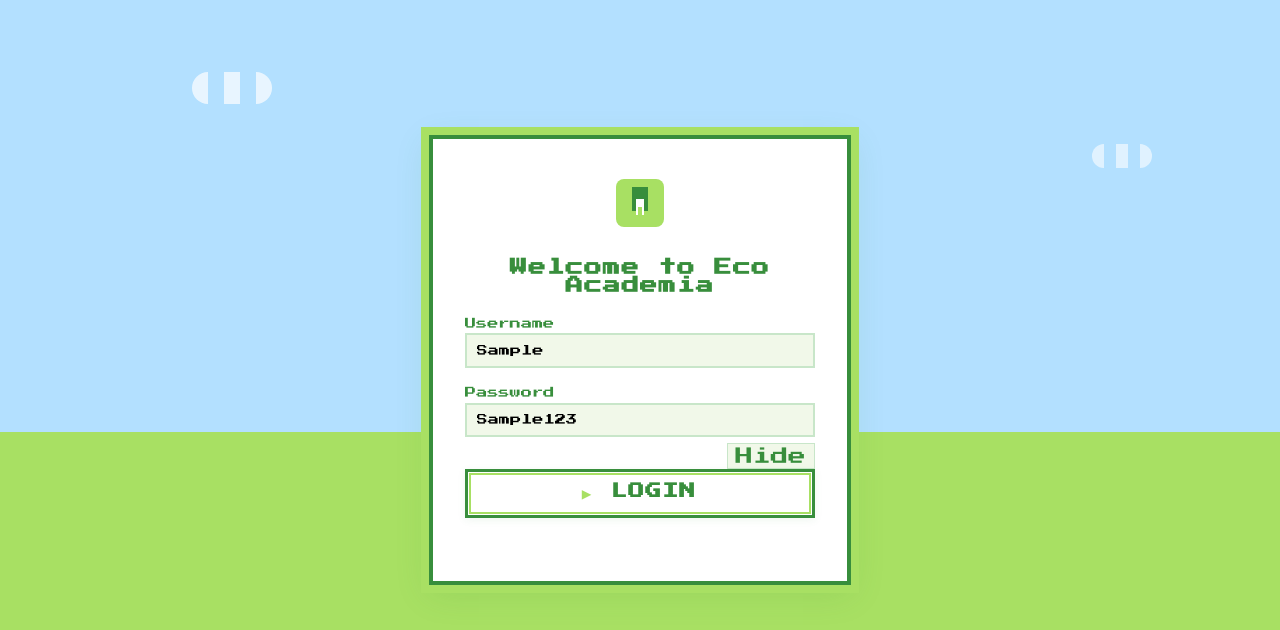
Repository: hotaruhshs/eco-academia
Page: login/index.html
An editor plug-in stored every save of this project. The page is shown before and after the next save, followed by the edit.
The browser window is 1280 px wide. The pictures show the whole page.
Empty fields were first filled with sample values (such as "Sample", 5 or name@example.com).
After loading, the first visible `#togglePassword` was clicked once.

Above is the page before, as saved 2025-07-06 01:23:02.

After the next save:
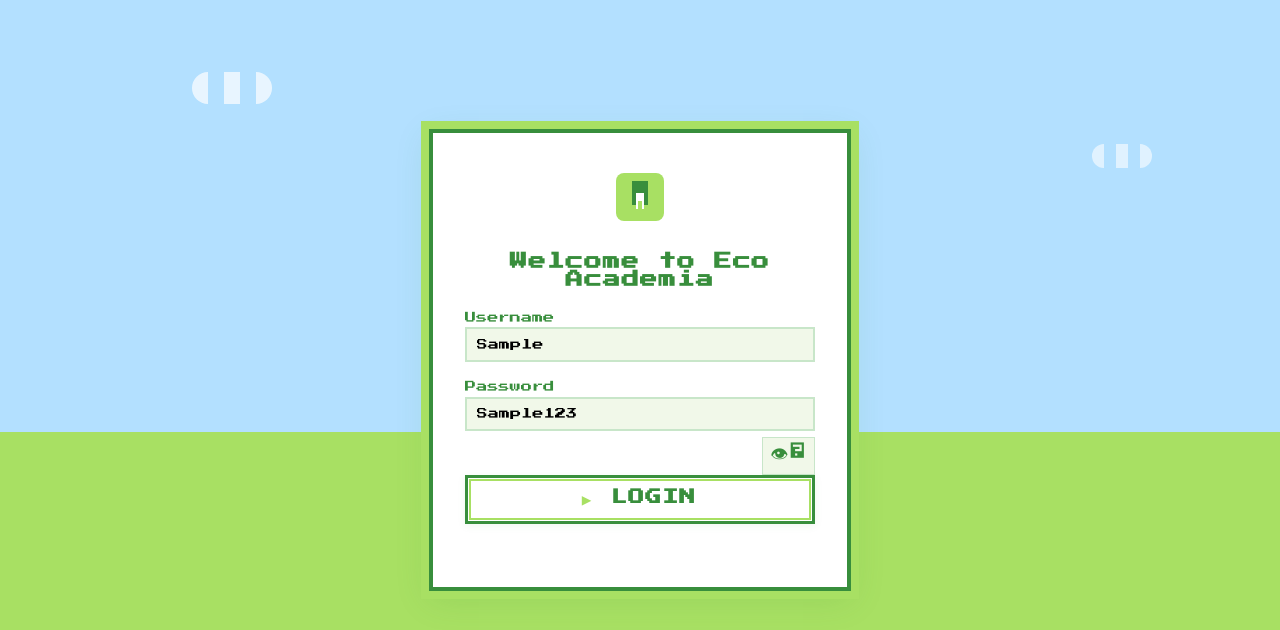
Saved 7 s later.
--- a/login/js/login.js
+++ b/login/js/login.js
@@ -5,15 +5,16 @@
 // Show/hide password functionality
 const passwordInput = document.getElementById('password');
 const togglePasswordBtn = document.getElementById('togglePassword');
-if (togglePasswordBtn && passwordInput) {
+const eyeIcon = document.getElementById('eyeIcon');
+if (togglePasswordBtn && passwordInput && eyeIcon) {
     togglePasswordBtn.addEventListener('click', function () {
         if (passwordInput.type === 'password') {
             passwordInput.type = 'text';
-            togglePasswordBtn.textContent = 'Hide';
+            eyeIcon.textContent = '\u{1F441}\u{FE0E}\u{200D}\u{1F5E8}'; // eye with speech bubble for 'show'
             togglePasswordBtn.setAttribute('aria-label', 'Hide password');
         } else {
             passwordInput.type = 'password';
-            togglePasswordBtn.textContent = 'Show';
+            eyeIcon.textContent = '\u{1F441}'; // plain eye for 'hide'
             togglePasswordBtn.setAttribute('aria-label', 'Show password');
         }
     });

After the save that followed:
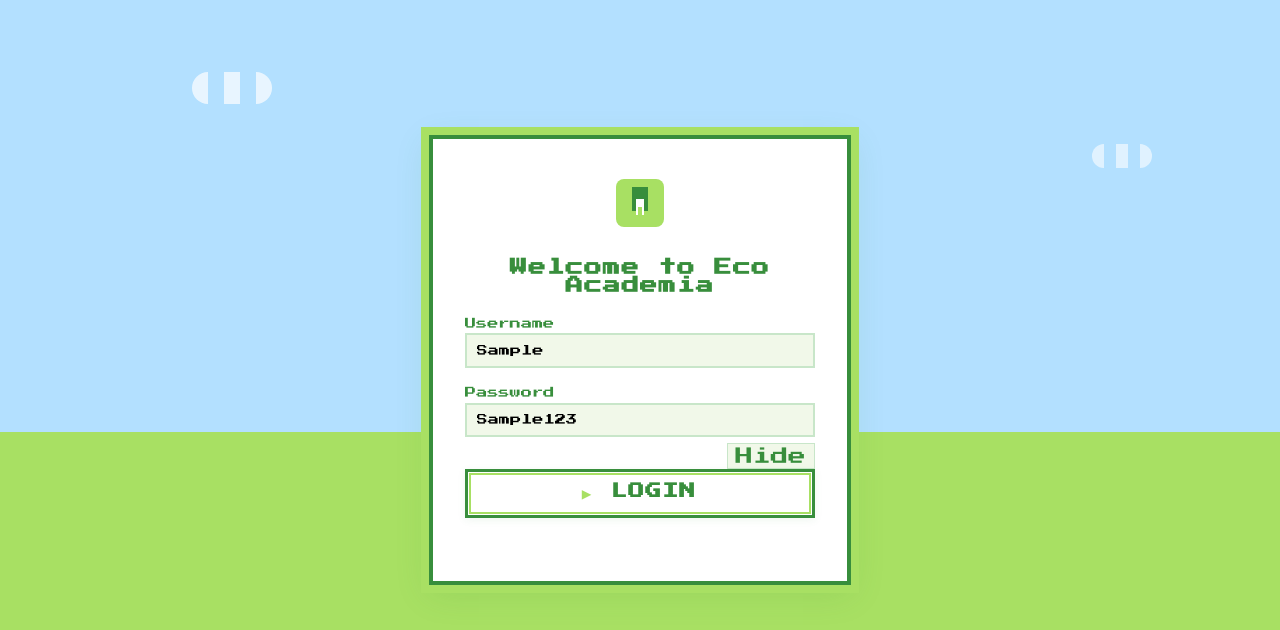
Saved 6 s later.
--- a/login/js/login.js
+++ b/login/js/login.js
@@ -5,16 +5,15 @@
 // Show/hide password functionality
 const passwordInput = document.getElementById('password');
 const togglePasswordBtn = document.getElementById('togglePassword');
-const eyeIcon = document.getElementById('eyeIcon');
-if (togglePasswordBtn && passwordInput && eyeIcon) {
+if (togglePasswordBtn && passwordInput) {
     togglePasswordBtn.addEventListener('click', function () {
         if (passwordInput.type === 'password') {
             passwordInput.type = 'text';
-            eyeIcon.textContent = '\u{1F441}\u{FE0E}\u{200D}\u{1F5E8}'; // eye with speech bubble for 'show'
+            togglePasswordBtn.textContent = 'Hide';
             togglePasswordBtn.setAttribute('aria-label', 'Hide password');
         } else {
             passwordInput.type = 'password';
-            eyeIcon.textContent = '\u{1F441}'; // plain eye for 'hide'
+            togglePasswordBtn.textContent = 'Show';
             togglePasswordBtn.setAttribute('aria-label', 'Show password');
         }
     });
